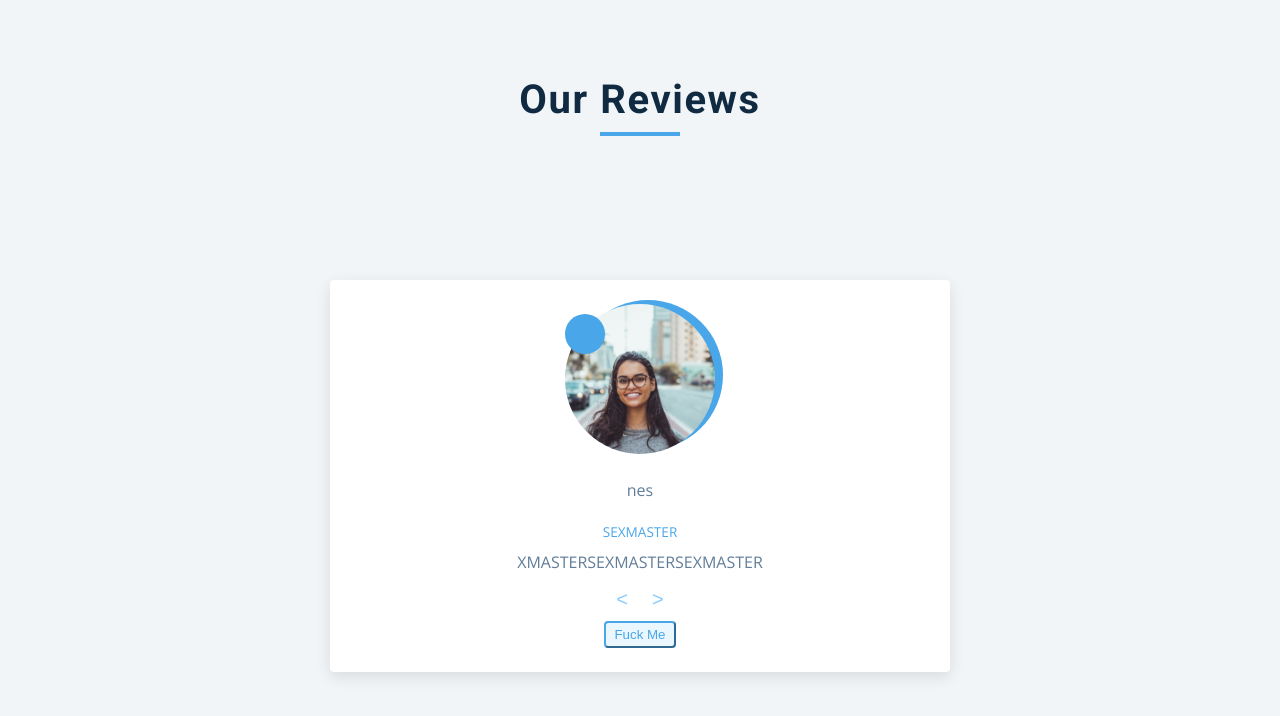
Repository: hseunghwan/practice-vanilla-javascript
Page: Carousel/Carousel.html
These files come from the project's save history. The page is drawn as it stood at one moment and after the next save; the edit follows.
The browser window is 1280 px wide. The pictures show the whole page.
Pictures or frames that could not be fetched are drawn as grey boxes.

Above is the page before, as saved 2023-05-10 21:07:29.
Console error: TypeError: Cannot set properties of null (setting 'src')

### Carousel/Carousel.html
<!DOCTYPE html>
<html>
    <head>
        <title>Carousel</title>
        <link rel="stylesheet" href="Carousel.css" />
    </head>
    <body>
        <div class="section">
            <div class="title">
                <h2>Our Reviews</h2>
                <div class="underline"></div>
            </div>
        </div>
        <div class="container section-center">
            <div class="main">
                <div class="review">
                    <div class="img-container">
                        <img src="person-1.jpeg" alt="" id="person-img" />
                    </div>
                    <p id="auther">nes</p>
                    <p id="job">SEXMASTER</p>
                    <p id="info">XMASTERSEXMASTERSEXMASTER</p>
                    <div>
                        <button class="btn prev-btn"><</button>
                        <button class="btn next-btn">></button>
                    </div>
                    <button class="btn random-btn">fuck me</button>
                </div>
            </div>
        </div>
        <script src="app.js"></script>
    </body>
</html>

### Carousel/Carousel.css
/*
===============
Fonts
===============
*/
@import url("https://fonts.googleapis.com/css?family=Open+Sans|Roboto:400,700&display=swap");

/*
===============
Variables
===============
*/

:root {
    /* dark shades of primary color*/
    --clr-primary-1: hsl(205, 86%, 17%);
    --clr-primary-2: hsl(205, 77%, 27%);
    --clr-primary-3: hsl(205, 72%, 37%);
    --clr-primary-4: hsl(205, 63%, 48%);
    /* primary/main color */
    --clr-primary-5: hsl(205, 78%, 60%);
    /* lighter shades of primary color */
    --clr-primary-6: hsl(205, 89%, 70%);
    --clr-primary-7: hsl(205, 90%, 76%);
    --clr-primary-8: hsl(205, 86%, 81%);
    --clr-primary-9: hsl(205, 90%, 88%);
    --clr-primary-10: hsl(205, 100%, 96%);
    /* darkest grey - used for headings */
    --clr-grey-1: hsl(209, 61%, 16%);
    --clr-grey-2: hsl(211, 39%, 23%);
    --clr-grey-3: hsl(209, 34%, 30%);
    --clr-grey-4: hsl(209, 28%, 39%);
    /* grey used for paragraphs */
    --clr-grey-5: hsl(210, 22%, 49%);
    --clr-grey-6: hsl(209, 23%, 60%);
    --clr-grey-7: hsl(211, 27%, 70%);
    --clr-grey-8: hsl(210, 31%, 80%);
    --clr-grey-9: hsl(212, 33%, 89%);
    --clr-grey-10: hsl(210, 36%, 96%);
    --clr-white: #fff;
    --clr-red-dark: hsl(360, 67%, 44%);
    --clr-red-light: hsl(360, 71%, 66%);
    --clr-green-dark: hsl(125, 67%, 44%);
    --clr-green-light: hsl(125, 71%, 66%);
    --clr-black: #222;
    --ff-primary: "Roboto", sans-serif;
    --ff-secondary: "Open Sans", sans-serif;
    --transition: all 0.3s linear;
    --spacing: 0.1rem;
    --radius: 0.25rem;
    --light-shadow: 0 5px 15px rgba(0, 0, 0, 0.1);
    --dark-shadow: 0 5px 15px rgba(0, 0, 0, 0.2);
    --max-width: 1170px;
    --fixed-width: 620px;
}
/*
===============
Global Styles
===============
*/

*,
::after,
::before {
    margin: 0;
    padding: 0;
    box-sizing: border-box;
}
body {
    font-family: var(--ff-secondary);
    background: var(--clr-grey-10);
    color: var(--clr-grey-1);
    line-height: 1.5;
    font-size: 0.875rem;
}
ul {
    list-style-type: none;
}
a {
    text-decoration: none;
}
h1,
h2,
h3,
h4 {
    letter-spacing: var(--spacing);
    text-transform: capitalize;
    line-height: 1.25;
    margin-bottom: 0.75rem;
    font-family: var(--ff-primary);
}
h1 {
    font-size: 3rem;
}
h2 {
    font-size: 2rem;
}
h3 {
    font-size: 1.25rem;
}
h4 {
    font-size: 0.875rem;
}
p {
    margin-bottom: 1.25rem;
    color: var(--clr-grey-5);
}
@media screen and (min-width: 800px) {
    h1 {
        font-size: 4rem;
    }
    h2 {
        font-size: 2.5rem;
    }
    h3 {
        font-size: 1.75rem;
    }
    h4 {
        font-size: 1rem;
    }
    body {
        font-size: 1rem;
    }
    h1,
    h2,
    h3,
    h4 {
        line-height: 1;
    }
}
/*  global classes */

/* section */
.section {
    padding: 5rem 0;
}

.section-center {
    width: 90vw;
    margin: 0 auto;
    max-width: 1170px;
}
@media screen and (min-width: 992px) {
    .section-center {
        width: 95vw;
    }
}
main {
    min-height: 100vh;
    display: grid;
    place-items: center;
}

/*
===============
Reviews
===============
*/
main {
    min-height: 100vh;
    display: grid;
    place-items: center;
}
.title {
    text-align: center;
    margin-bottom: 4rem;
}
.underline {
    height: 0.25rem;
    width: 5rem;
    background: var(--clr-primary-5);
    margin-left: auto;
    margin-right: auto;
}
.container {
    width: 80vw;
    max-width: var(--fixed-width);
}
.review {
    background: var(--clr-white);
    padding: 1.5rem 2rem;
    border-radius: var(--radius);
    box-shadow: var(--light-shadow);
    transition: var(--transition);
    text-align: center;
}
.review:hover {
    box-shadow: var(--dark-shadow);
}
.img-container {
    position: relative;
    width: 150px;
    height: 150px;
    border-radius: 50%;
    margin: 0 auto;
    margin-bottom: 1.5rem;
}
#person-img {
    width: 100%;
    display: block;
    height: 100%;
    object-fit: cover;
    border-radius: 50%;
    position: relative;
}
.img-container::after {
    font-family: "Font Awesome 5 Free";
    font-weight: 900;
    content: "\f10e";
    position: absolute;
    top: 0;
    left: 0;
    width: 2.5rem;
    height: 2.5rem;
    display: grid;
    place-items: center;
    border-radius: 50%;
    transform: translateY(25%);
    background: var(--clr-primary-5);
    color: var(--clr-white);
}
.img-container::before {
    content: "";
    width: 100%;
    height: 100%;
    background: var(--clr-primary-5);
    position: absolute;
    top: -0.25rem;
    right: -0.5rem;
    border-radius: 50%;
}
#author {
    margin-bottom: 0.25rem;
}
#job {
    margin-bottom: 0.5rem;
    text-transform: uppercase;
    color: var(--clr-primary-5);
    font-size: 0.85rem;
}
#info {
    margin-bottom: 0.75rem;
}
.prev-btn,
.next-btn {
    color: var(--clr-primary-7);
    font-size: 1.25rem;
    background: transparent;
    border-color: transparent;
    margin: 0 0.5rem;
    transition: var(--transition);
    cursor: pointer;
}
.prev-btn:hover,
.next-btn:hover {
    color: var(--clr-primary-5);
}
.random-btn {
    margin-top: 0.5rem;
    background: var(--clr-primary-10);
    color: var(--clr-primary-5);
    padding: 0.25rem 0.5rem;
    text-transform: capitalize;
    border-radius: var(--radius);
    transition: var(--transition);
    border-color: var(--clr-primary-5);
    cursor: pointer;
}
.random-btn:hover {
    background: var(--clr-primary-5);
    color: var(--clr-primary-1);
}

### Carousel/app.js
const reviews = [
    {
        id: 1,
        name: "susan smith",
        job: "web developer",
        img: "https://images2.imgbox.com/e0/57/qI5bbwvg_o.jpeg",
        text: "I'm baby meggings twee health goth +1. Bicycle rights tumeric chartreuse before they sold out chambray pop-up. Shaman humblebrag pickled coloring book salvia hoodie, cold-pressed four dollar toast everyday carry",
    },
    {
        id: 2,
        name: "anna johnson",
        job: "web designer",
        img: "https://images2.imgbox.com/2e/6e/JAMvTZ56_o.jpeg",
        text: "Helvetica artisan kinfolk thundercats lumbersexual blue bottle. Disrupt glossier gastropub deep v vice franzen hell of brooklyn twee enamel pin fashion axe.photo booth jean shorts artisan narwhal.",
    },
    {
        id: 3,
        name: "peter jones",
        job: "intern",
        img: "https://images2.imgbox.com/56/88/oJvFN3l5_o.jpeg",
        text: "Sriracha literally flexitarian irony, vape marfa unicorn. Glossier tattooed 8-bit, fixie waistcoat offal activated charcoal slow-carb marfa hell of pabst raclette post-ironic jianbing swag.",
    },
    {
        id: 4,
        name: "bill anderson",
        job: "the boss",
        img: "https://images2.imgbox.com/8b/1c/vwWNTsCd_o.jpeg",
        text: "Edison bulb put a bird on it humblebrag, marfa pok pok heirloom fashion axe cray stumptown venmo actually seitan. VHS farm-to-table schlitz, edison bulb pop-up 3 wolf moon tote bag street art shabby chic. ",
    },
];

const img = document.getElementById("person-id");
const author = document.getElementById("author");
const job = document.getElementById("job");
const info = document.getElementById("info");

const btns = document.querySelectorAll(".btn");

let currentItem = 0;
window.addEventListener("DOMContentLoaded", () => {
    const item = reviews[currentItem];
    img.src = item.img;
    author.textContent = item.name;
    job.textContent = item.job;
    info.textContent = item.text;
});

After the next save:
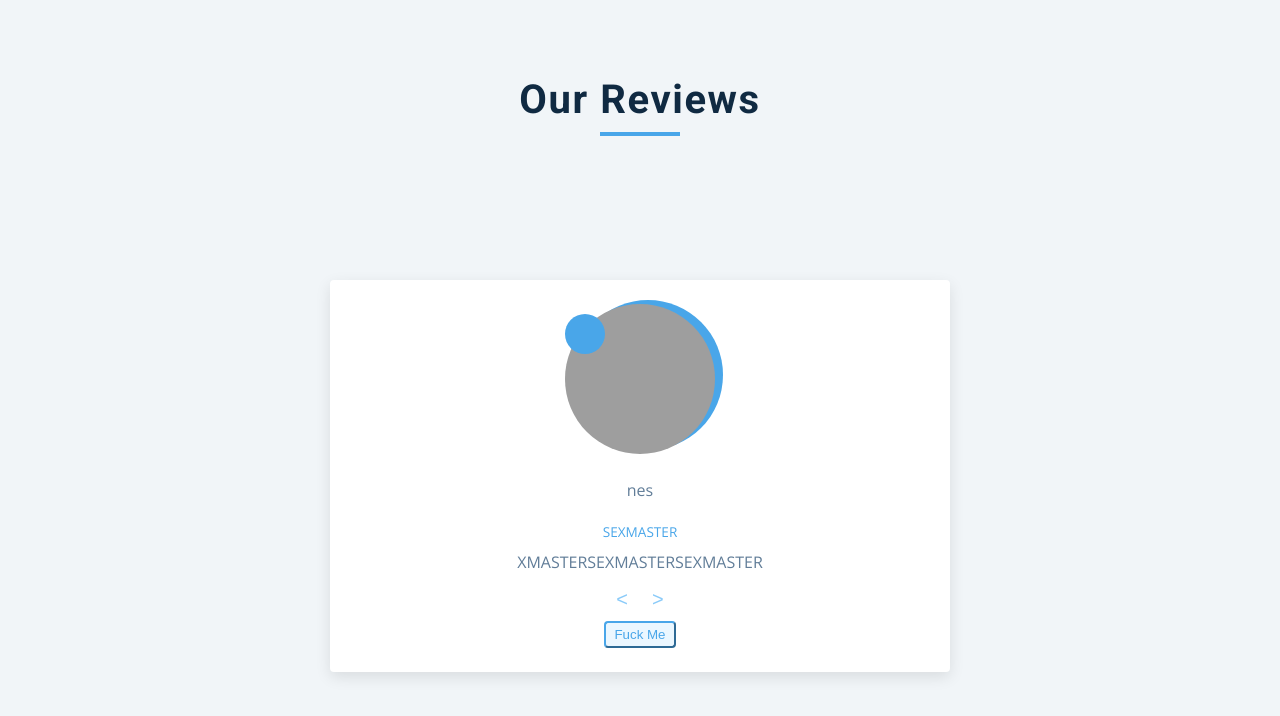
Console error: TypeError: Cannot set properties of null (setting 'textContent')
Saved 75 s later.
--- a/Carousel/app.js
+++ b/Carousel/app.js
@@ -29,7 +29,7 @@ const reviews = [
     },
 ];
 
-const img = document.getElementById("person-id");
+const img = document.getElementById("person-img");
 const author = document.getElementById("author");
 const job = document.getElementById("job");
 const info = document.getElementById("info");
